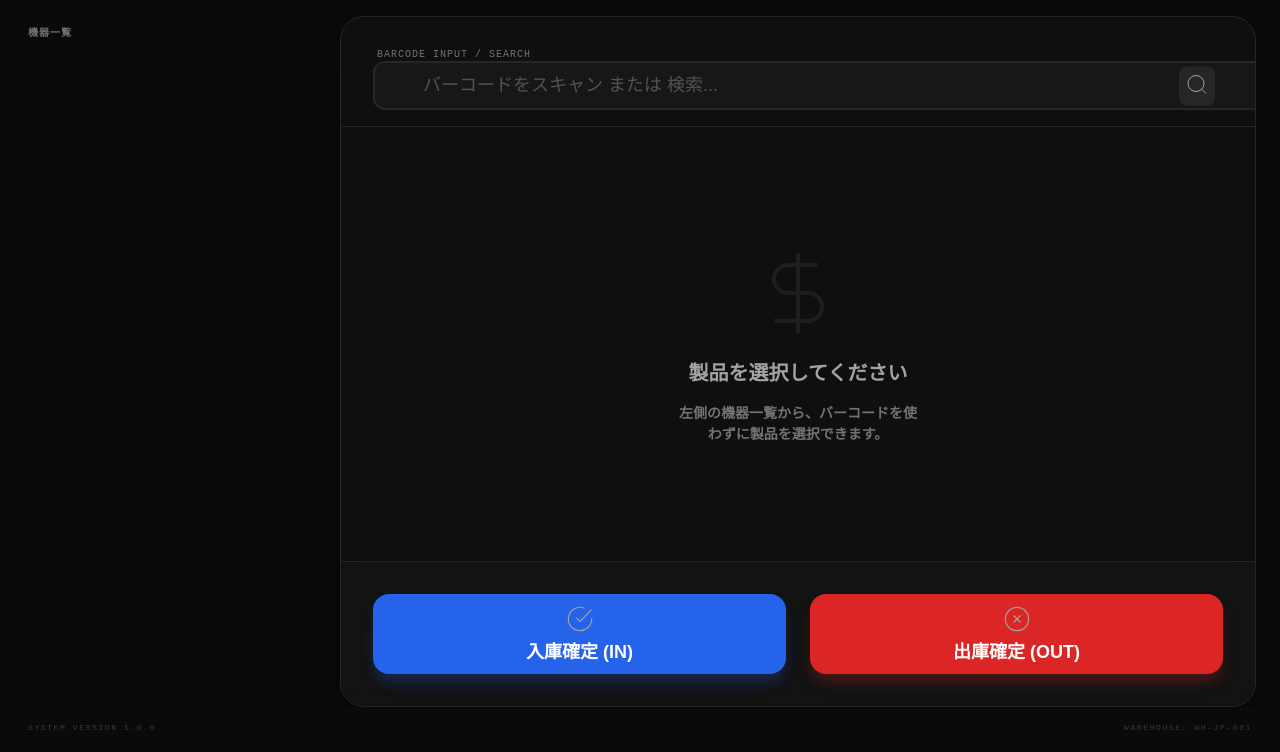
Repository: t-morika/Souko2_app
Page: index-list.html
These files come from the project's save history. The page is drawn as it stood at one moment and after the next save; the edit follows.
The browser window is 1280 px wide. The pictures show the whole page.
The page's requests for data from a server got no answer.

Above is the page before, as saved 2026-04-30 10:55:43.

After the next save:
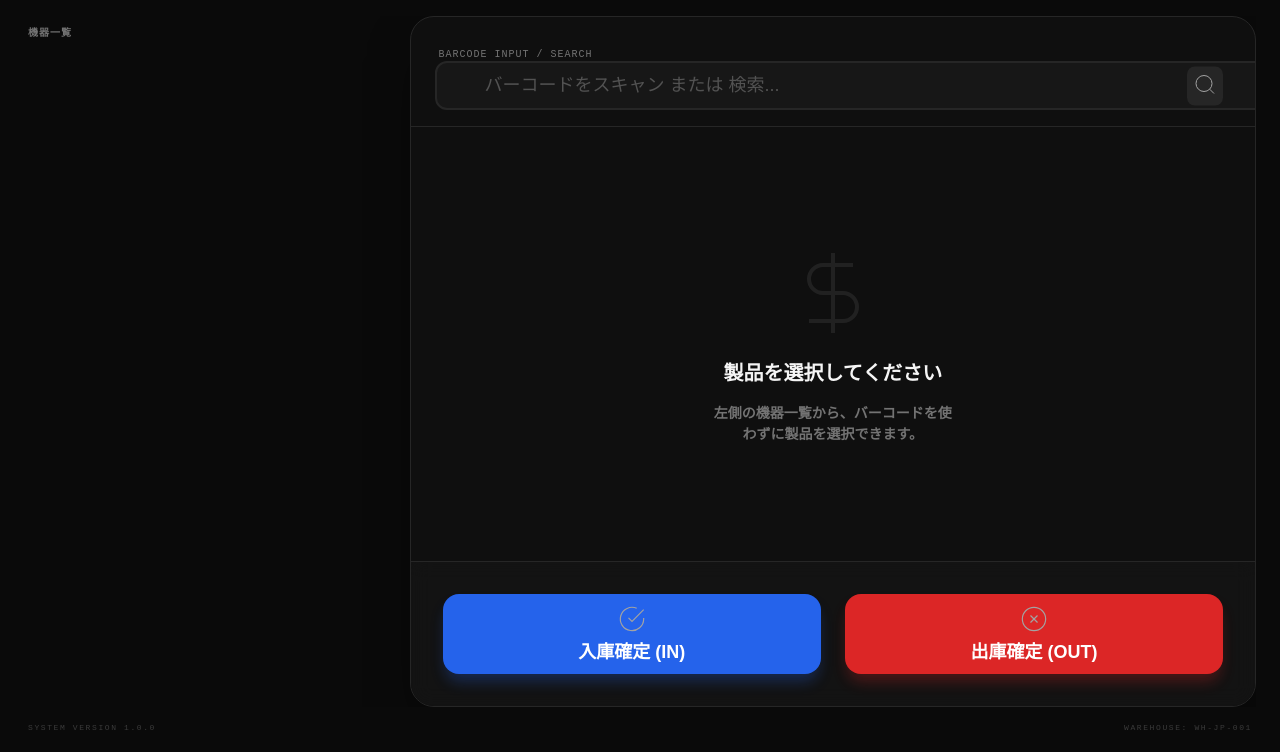
Saved 2 s later.
--- a/index-list.html
+++ b/index-list.html
@@ -5,6 +5,7 @@
     <meta name="viewport" content="width=device-width, initial-scale=1.0">
     <title>PC機器在庫管理 - 機器一覧版</title>
     <link rel="stylesheet" href="/static/style.css">
+    <link rel="stylesheet" href="/static/style-list.css">
 </head>
 <body>
     <div class="app">
